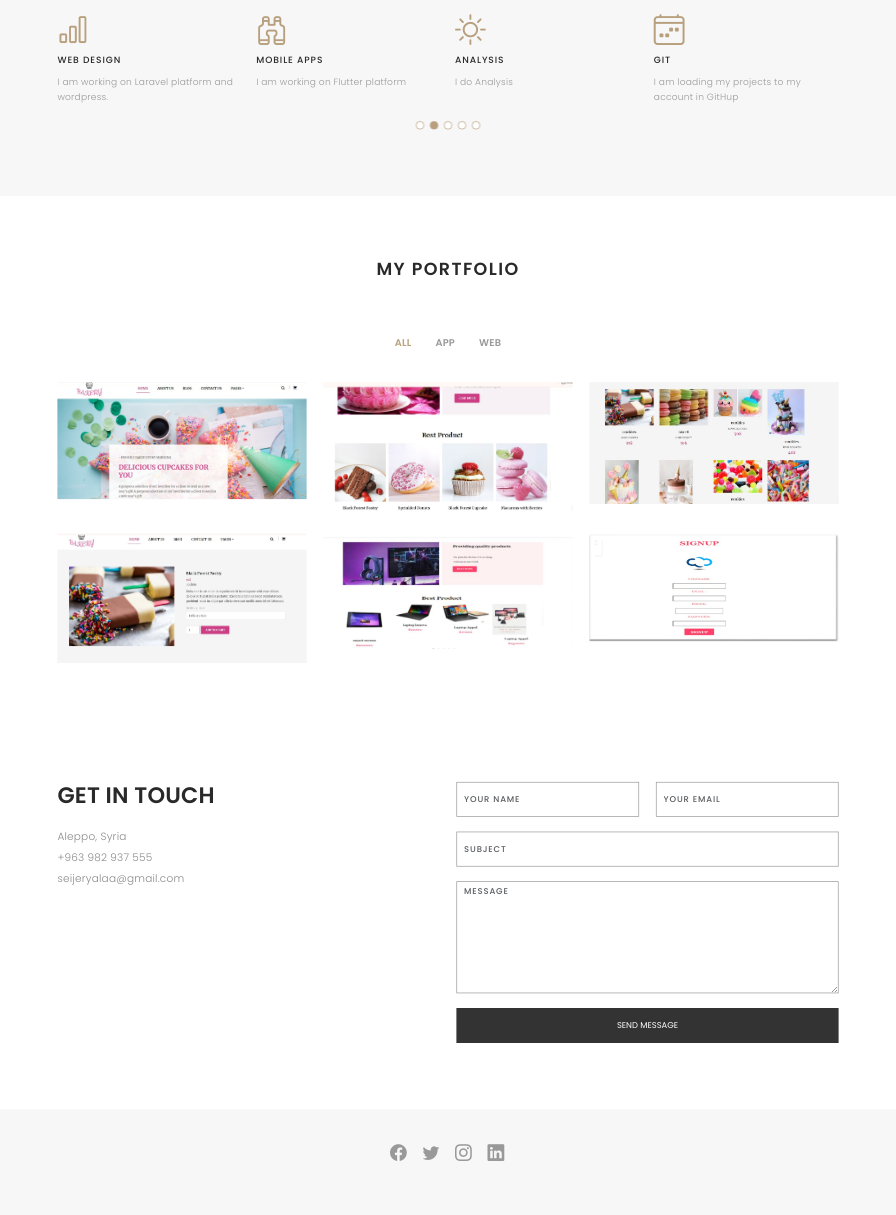
Repository: AlaaBashirSaijary/Library
Page: http://localhost/home
The author's editor kept a copy of each file at every save. The page is drawn from the files as they stood at one save, then again after the next save.
The browser window is 1280 px wide. The pictures show the part of the page from y = 1320 to 3240 px (the page is 3056 px tall before and 3240 px after), at 70% of full size.
Some web fonts or font styles are not loaded; a fallback is used. The page is served by the project's Laravel application, run on PHP 8.4 with Laravel 10.

Above is the page before, as saved 2024-01-06 11:26:16.

After the next save:
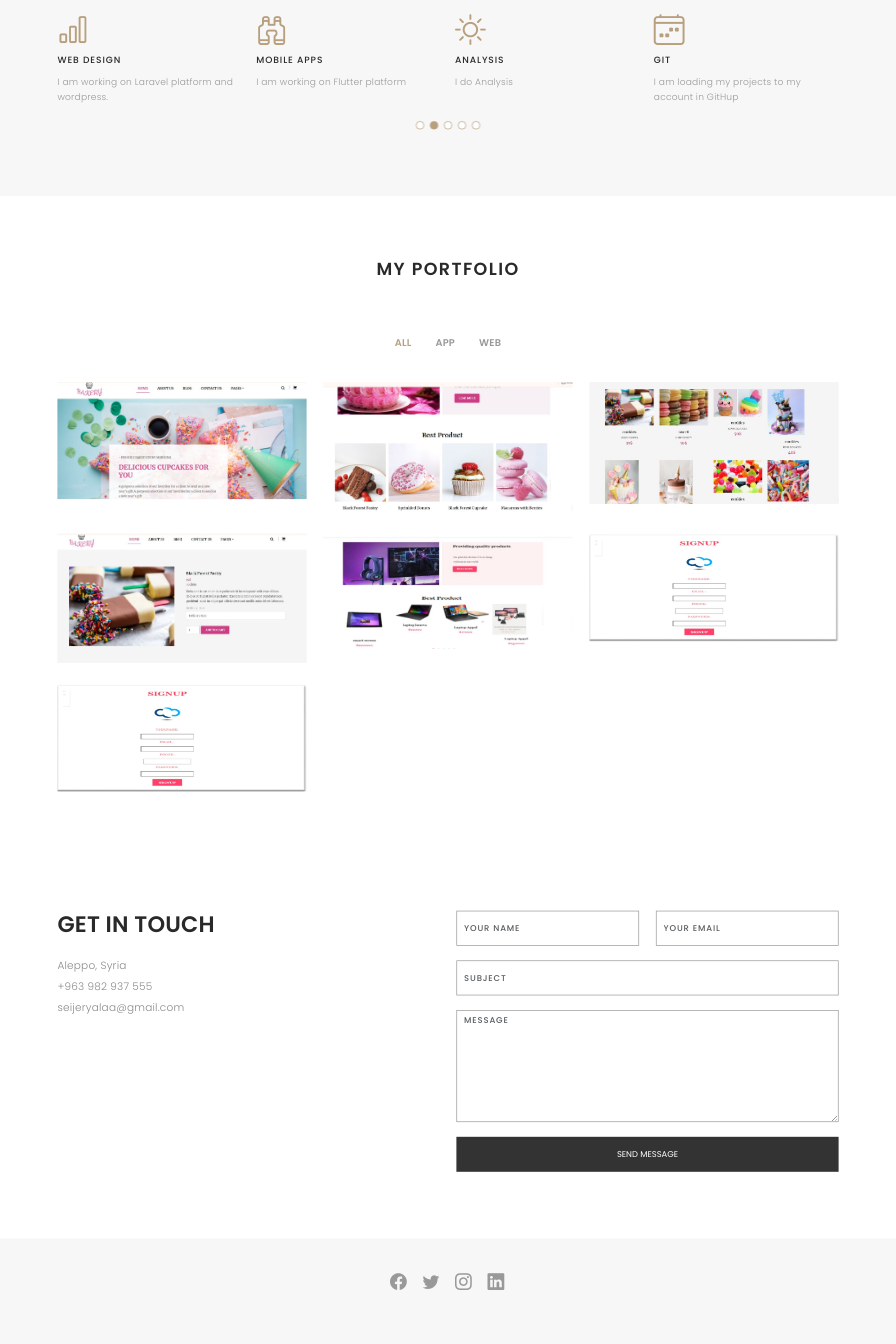
Saved 24 h 19 min later.
--- a/resources/views/pages/home.blade.php
+++ b/resources/views/pages/home.blade.php
@@ -186,6 +186,15 @@
               <a href='{{ route("Details") }}'  class="details-link" title="More Details"><i class="bx bx-link"></i></a>
             </div>
           </div>
+          <div class="col-lg-4 col-md-6 portfolio-item filter-app">
+            <img src="{{ asset('img/portfolio/portfolio-6.jpg') }}" class="img-fluid" alt="">
+            <div class="portfolio-info">
+              <h4>App </h4>
+              <p>App</p>
+              <a href="{{ asset('img/portfolio/portfolio-6.jpg') }}" data-gallery="portfolioGallery" class="portfolio-lightbox preview-link" title="App"><i class="bx bx-plus"></i></a>
+              <a href='{{ route("Details") }}'  class="details-link" title="More Details"><i class="bx bx-link"></i></a>
+            </div>
+          </div>
 
         </div>
 
